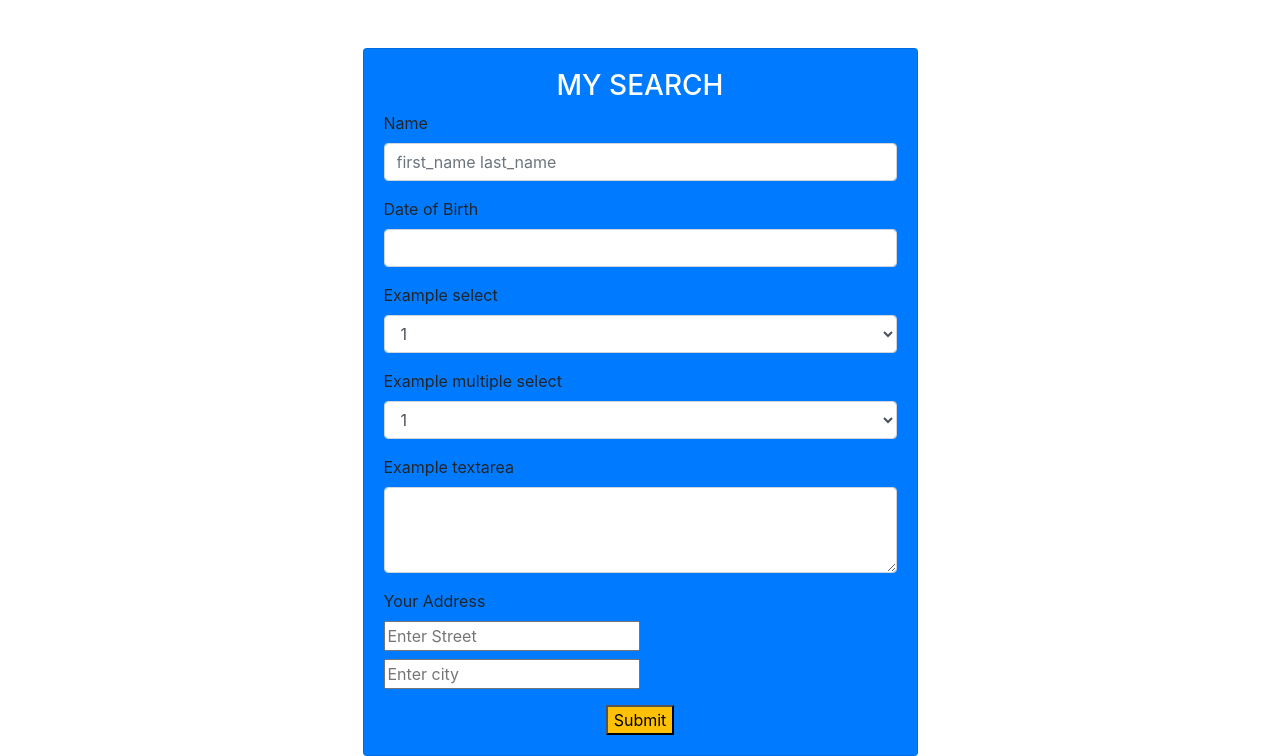
Repository: modinilesh/SpringMVC
Page: http://localhost/springmvcsearch/complex
The author's editor kept a copy of each file at every save. The page is drawn from the files as they stood at one save, then again after the next save.
The browser window is 1280 px wide. The pictures show the whole page.
Some web libraries are served in a nearby version. The page is served by Tomcat 9. Other server files are loaded and not shown.

Above is the page before, as saved 2023-10-20 18:07:37.

### springmvcsearch/src/main/webapp/WEB-INF/spring-servlet.xml
<?xml version="1.0" encoding="UTF-8"?>
<beans xmlns="http://www.springframework.org/schema/beans"
	xmlns:xsi="http://www.w3.org/2001/XMLSchema-instance"
	xmlns:context="http://www.springframework.org/schema/context"
	xmlns:p="http://www.springframework.org/schema/p"
	xmlns:tx="http://www.springframework.org/schema/tx"
	xsi:schemaLocation="http://www.springframework.org/schema/beans
		http://www.springframework.org/schema/beans/spring-beans.xsd
		http://www.springframework.org/schema/context
		http://www.springframework.org/schema/context/spring-context.xsd
		http://www.springframework.org/schema/mvc
        http://www.springframework.org/schema/mvc/spring-mvc.xsd
        http://www.springframework.org/schema/tx
        http://www.springframework.org/schema/tx/spring-tx.xsd">


	<context:component-scan base-package="springmvcsearch" /> <!--it will activate all annotations used in each packages starting with
		springmvcsearch name -->

	<!--Step-3 : Configuring view Resolver -->

	<bean
		class="org.springframework.web.servlet.view.InternalResourceViewResolver"
		name="viewResolver">
		<property name="prefix" value="/WEB-INF/views/" />
		<property name="suffix" value=".jsp" />
	</bean>


</beans>

### springmvcsearch/src/main/webapp/WEB-INF/views/complex_form.jsp
<!doctype html>
<html lang="en">
<head>
<!-- Required meta tags -->
<meta charset="utf-8">
<meta name="viewport"
	content="width=device-width, initial-scale=1, shrink-to-fit=no">

<!-- Bootstrap CSS -->
<link rel="stylesheet"
	href="https://cdn.jsdelivr.net/npm/bootstrap@4.0.0/dist/css/bootstrap.min.css"
	integrity="sha384-Gn5384xqQ1aoWXA+058RXPxPg6fy4IWvTNh0E263XmFcJlSAwiGgFAW/dAiS6JXm"
	crossorigin="anonymous">

<title>Complex Form</title>
</head>
<body>

	<div class="container">

		<div class="card mx-auto mt-5 bg-primary" style="width: 50%">

			<div class="card-body">

				<h3 class="text-center text-white" style="text-transform: uppercase">My
					Search</h3>

				<form action="success" method="post">
					<div class="form-group">
						<label for="exampleFormControlInput1">Name</label> <input
							type="text" class="form-control" id="exampleFormControlInput1"
							placeholder="first_name last_name" name="name">
					</div>

					<div class="form-group">
						<label for="dob">Date of Birth</label> <input type="text"
							name="date" class="form-control" id="dob" />
					</div>

					<div class="form-group">
						<label for="exampleFormControlSelect1">Example select</label> <select
							class="form-control" id="exampleFormControlSelect1"
							name="singleValue">
							<option>1</option>
							<option>2</option>
							<option>3</option>
							<option>4</option>
							<option>5</option>
						</select>
					</div>
					<div class="form-group">
						<label for="exampleFormControlSelect2">Example multiple
							select</label> <select class="form-control"
							id="exampleFormControlSelect2" name="multiValue">
							<option>1</option>
							<option>2</option>
							<option>3</option>
							<option>4</option>
							<option>5</option>
						</select>
					</div>
					<div class="form-group">
						<label for="exampleFormControlTextarea1">Example textarea</label>
						<textarea class="form-control" id="exampleFormControlTextarea1"
							rows="3" name="text"></textarea>
					</div>

					<label for="addres">Your Address</label>
					<div class="form-group" id="addres">

						<div class="card-group">
							<input name="address.street" id="street" placeholder="Enter Street" />
						</div>

						<div class="card-group mt-2">
							<input name="address.city" placeholder="Enter city" />
						</div>

					</div>

					<div class="container text-center">
						<button class="bg-warning" type="submit" name="submit" id="submit">Submit</button>
					</div>

				</form>

			</div>

		</div>

	</div>





	<!-- Optional JavaScript -->
	<!-- jQuery first, then Popper.js, then Bootstrap JS -->
	<script src="https://code.jquery.com/jquery-3.2.1.slim.min.js"
		integrity="sha384-KJ3o2DKtIkvYIK3UENzmM7KCkRr/rE9/Qpg6aAZGJwFDMVNA/GpGFF93hXpG5KkN"
		crossorigin="anonymous"></script>
	<script
		src="https://cdn.jsdelivr.net/npm/popper.js@1.12.9/dist/umd/popper.min.js"
		integrity="sha384-ApNbgh9B+Y1QKtv3Rn7W3mgPxhU9K/ScQsAP7hUibX39j7fakFPskvXusvfa0b4Q"
		crossorigin="anonymous"></script>
	<script
		src="https://cdn.jsdelivr.net/npm/bootstrap@4.0.0/dist/js/bootstrap.min.js"
		integrity="sha384-JZR6Spejh4U02d8jOt6vLEHfe/JQGiRRSQQxSfFWpi1MquVdAyjUar5+76PVCmYl"
		crossorigin="anonymous"></script>
</body>
</html>

### springmvcsearch/src/main/java/springmvcsearch/ComplexFormController.java
package springmvcsearch;

import org.springframework.stereotype.Controller;
import org.springframework.web.bind.annotation.ModelAttribute;
import org.springframework.web.bind.annotation.RequestMapping;
import org.springframework.web.bind.annotation.RequestMethod;

import springmvcsearch.objecthandler.Student;

@Controller
public class ComplexFormController {

	@RequestMapping("/complex")
	public String showForm() {
		return "complex_form";
	}

	@RequestMapping(path = "/success", method = RequestMethod.POST )
	public String handleForm(@ModelAttribute Student student) {
		System.out.println(student);
		return "success";
	}

}

### springmvcsearch/src/main/java/springmvcsearch/SearchController.java
package springmvcsearch;

import org.springframework.stereotype.Controller;
import org.springframework.web.bind.annotation.RequestMapping;
import org.springframework.web.bind.annotation.RequestParam;
import org.springframework.web.servlet.view.RedirectView;

@Controller
public class SearchController {

	@RequestMapping("/home")
	public String home() {
		return "home";
	}

	@RequestMapping("/search")
	public RedirectView search(@RequestParam("querybox") String query) {
		String url = "https://www.google.com/search?q="+query;
		RedirectView redirectView = new RedirectView();
		redirectView.setUrl(url);
		return redirectView;
	}

}

### springmvcsearch/src/main/java/springmvcsearch/objecthandler/Student.java
package springmvcsearch.objecthandler;

import java.util.Date;
import java.util.List;

import org.springframework.format.annotation.DateTimeFormat;

public class Student {

	private String name;
	@DateTimeFormat
	private Date date;
	private int singleValue;
	private List<Integer> multiValue;
	private String text;
	private Address address;



	public String getName() {
		return name;
	}
	public void setName(String name) {
		this.name = name;
	}
	public Date getDate() {
		return date;
	}
	public void setDate(Date date) {
		this.date = date;
	}
	public int getSingleValue() {
		return singleValue;
	}
	public void setSingleValue(int singleValue) {
		this.singleValue = singleValue;
	}
	public List<Integer> getMultiValue() {
		return multiValue;
	}
	public void setMultiValue(List<Integer> multiValue) {
		this.multiValue = multiValue;
	}
	public String getText() {
		return text;
	}
	public void setText(String text) {
		this.text = text;
	}
	public Address getAddress() {
		return address;
	}
	public void setAddress(Address address) {
		this.address = address;
	}
	@Override
	public String toString() {
		return "Student [name=" + name + ", date=" + date + ", singleValue=" + singleValue + ", multiValue="
				+ multiValue + ", text=" + text + ", address=" + address + "]";
	}





}

After the next save:
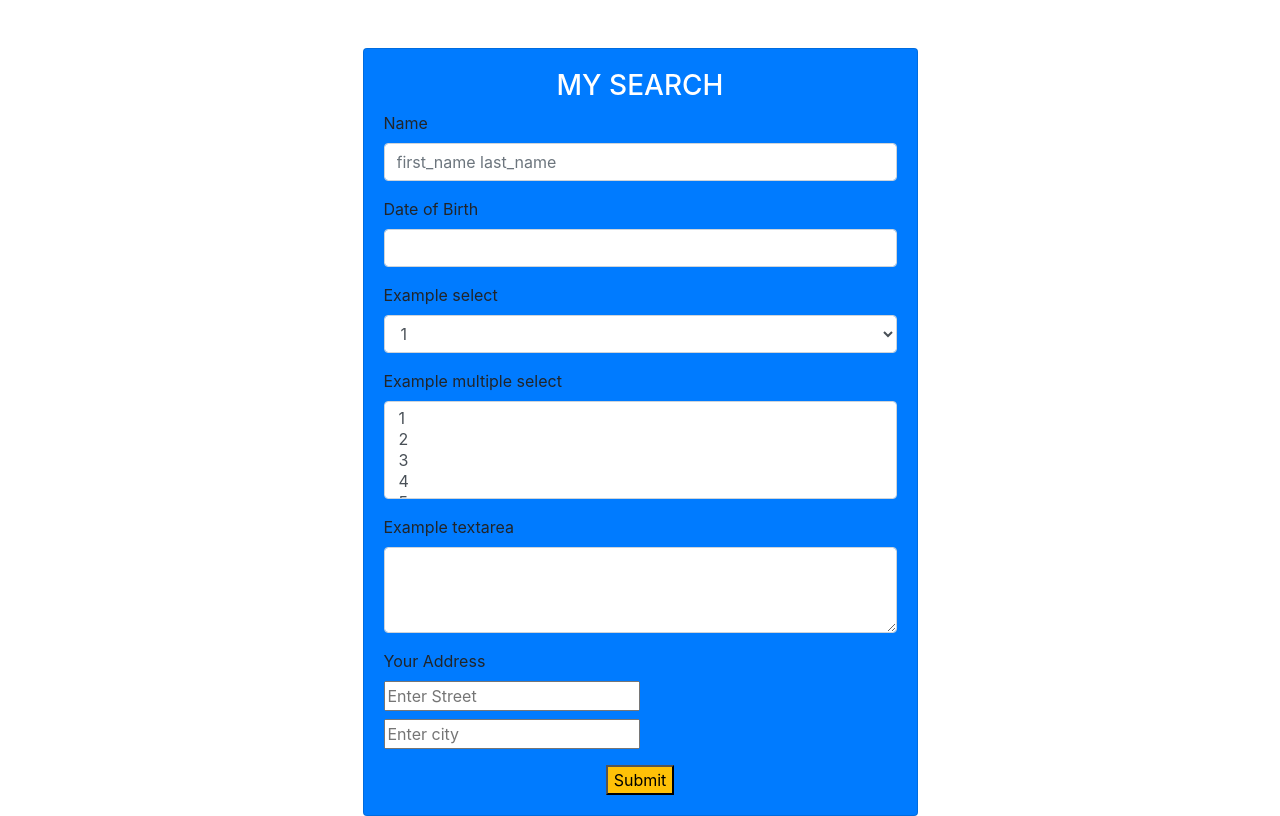
Saved 2 min 25 s later.
--- a/springmvcsearch/src/main/webapp/WEB-INF/views/complex_form.jsp
+++ b/springmvcsearch/src/main/webapp/WEB-INF/views/complex_form.jsp
@@ -50,8 +50,11 @@
 					</div>
 					<div class="form-group">
 						<label for="exampleFormControlSelect2">Example multiple
-							select</label> <select class="form-control"
-							id="exampleFormControlSelect2" name="multiValue">
+							select</label>
+							<select multiple
+							class="form-control"
+							id="exampleFormControlSelect2"
+							name="multiValue">
 							<option>1</option>
 							<option>2</option>
 							<option>3</option>
